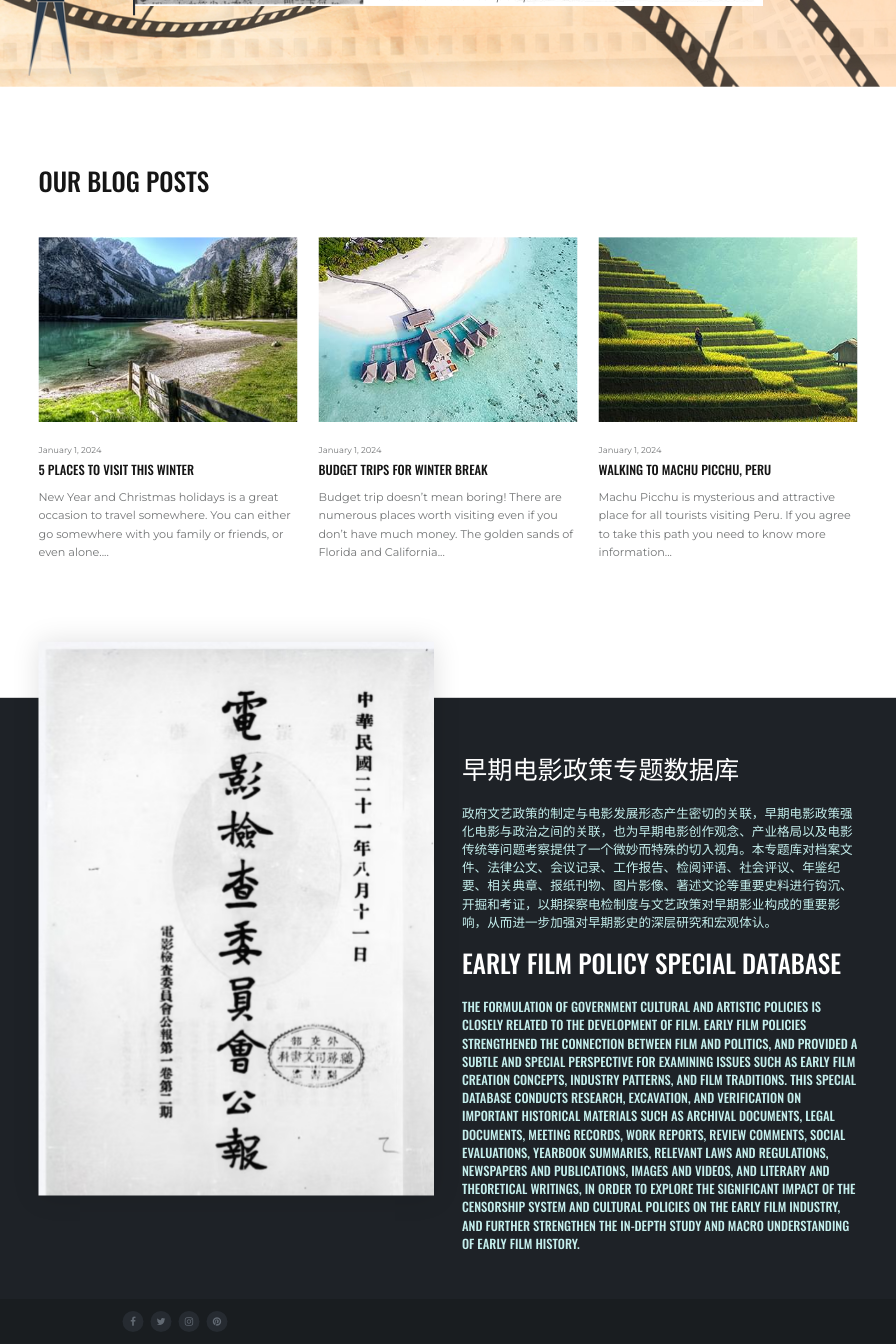
Repository: Jquarker/Modern-Film-Database
Page: index.html
These files come from the project's save history. The page is drawn as it stood at one moment and after the next save; the edit follows.
The browser window is 1280 px wide. The pictures show the part of the page from y = 4507 to 6427 px (the page is 6427 px tall before and 6397 px after), at 70% of full size.

Above is the page before, as saved 2025-02-21 15:36:54.

After the next save:
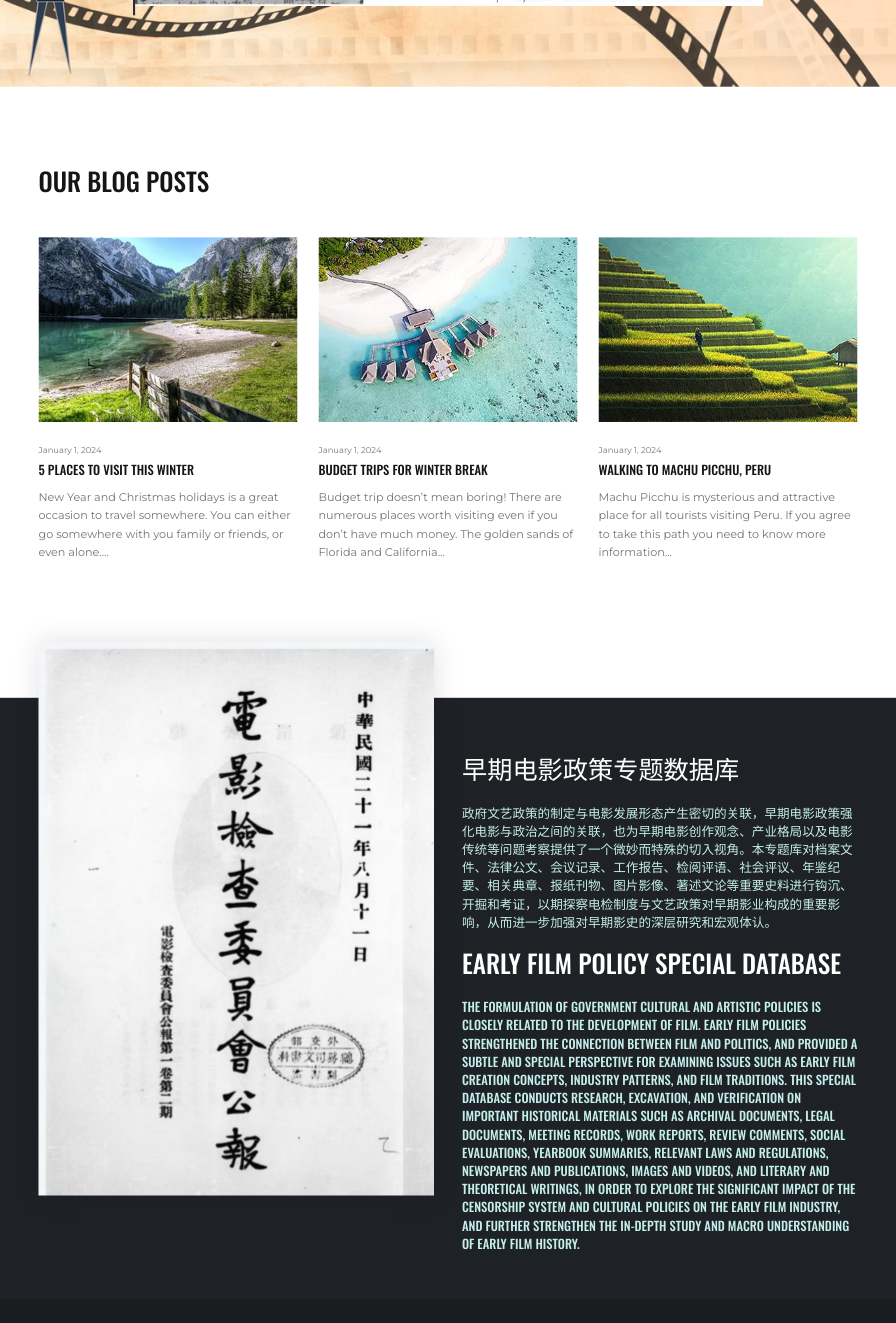
Saved 29 s later.
--- a/index.html
+++ b/index.html
@@ -349,17 +349,6 @@
         </div>
         <div class="footer-classic-aside">
           <div class="container">
-            <div class="row justify-content-between flex-column-reverse flex-md-row row-20">
-              <div class="col-xl-3 col-md-4">
-                <ul class="social-list">
-                  <li class="wow fadeInUp" data-wow-delay=".1s"><a href="#"><span class="icon fa fa-facebook"></span></a></li>
-                  <li class="wow fadeInUp" data-wow-delay=".2s"><a href="#"><span class="icon fa fa-twitter"></span></a></li>
-                  <li class="wow fadeInUp" data-wow-delay=".3s"><a href="#"><span class="icon fa fa-instagram"></span></a></li>
-                  <li class="wow fadeInUp" data-wow-delay=".4s"><a href="#"><span class="icon fa fa-pinterest"></span></a></li>
-                </ul>
-              </div>
-            </div>
-          </div>
         </div>
       </footer>
     </div>
